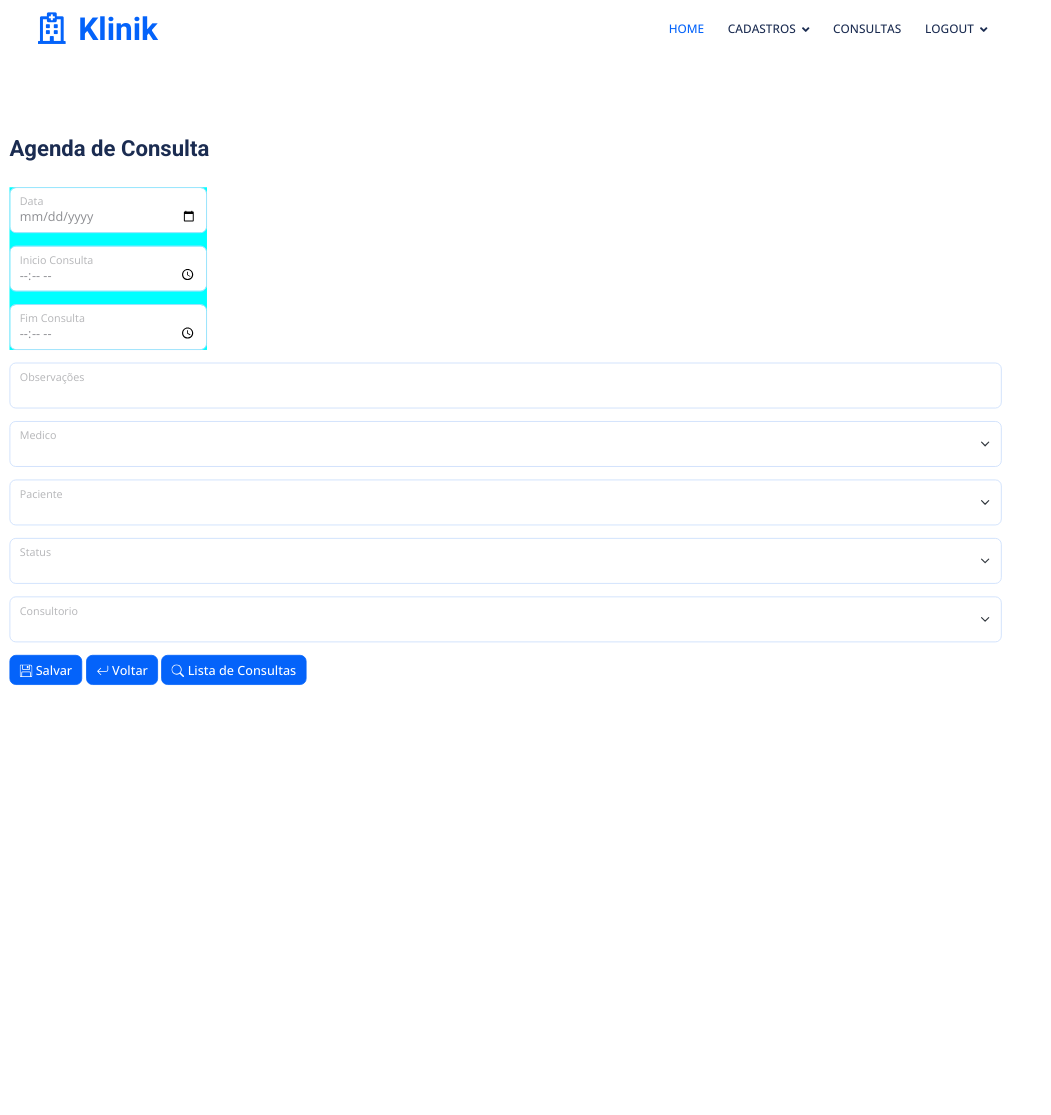
Repository: henrickrufino91/AgendaConsultas
Page: http://localhost/consulta/novaConsulta
An editor plug-in stored every save of this project. The page is shown before and after the next save, followed by the edit.
The browser window is 1280 px wide. The page is 1331 px wide, so the pictures cover 1331 px, including what lies to the right of the window. The pictures show the whole page, at 79% of full size.
Some web libraries are served in a nearby version. The page is this project's Thymeleaf template; nobody is signed in. The template is opened directly, without the code that normally fills it, so the values that code supplies are empty.

Above is the page before, as saved 2024-12-27 03:53:57.

After the next save:
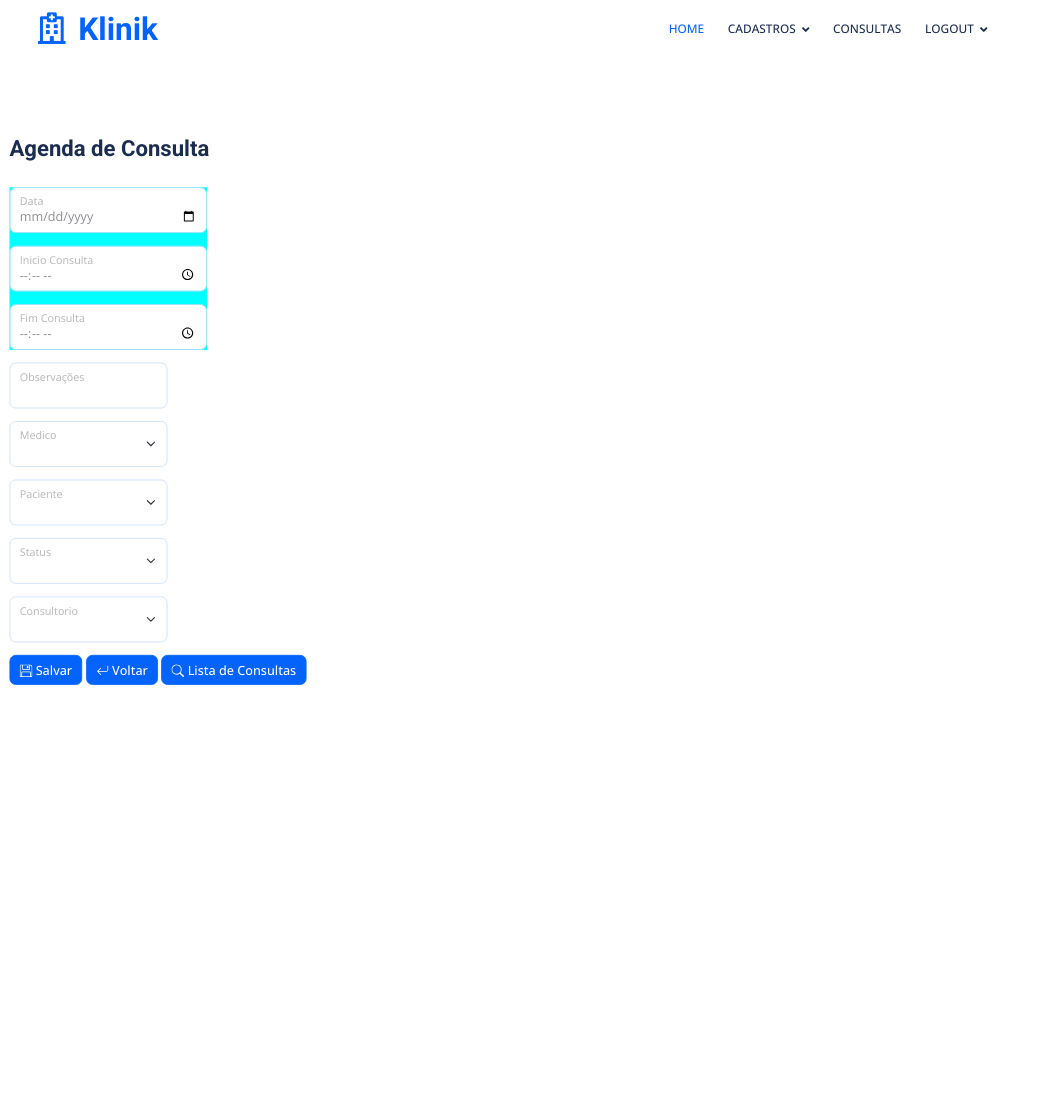
Saved 23 s later.
--- a/clinica/src/main/resources/templates/consulta/novaConsulta.html
+++ b/clinica/src/main/resources/templates/consulta/novaConsulta.html
@@ -130,7 +130,7 @@
 
                                             </div>
 
-                                            <div>
+                                            <div style="width: 200px">
 
                                              <div class="form-floating mb-3" id="a1">
                                                 <input class="form-control" th:field="*{observacoes}" id="inputEmail" type="text" />
